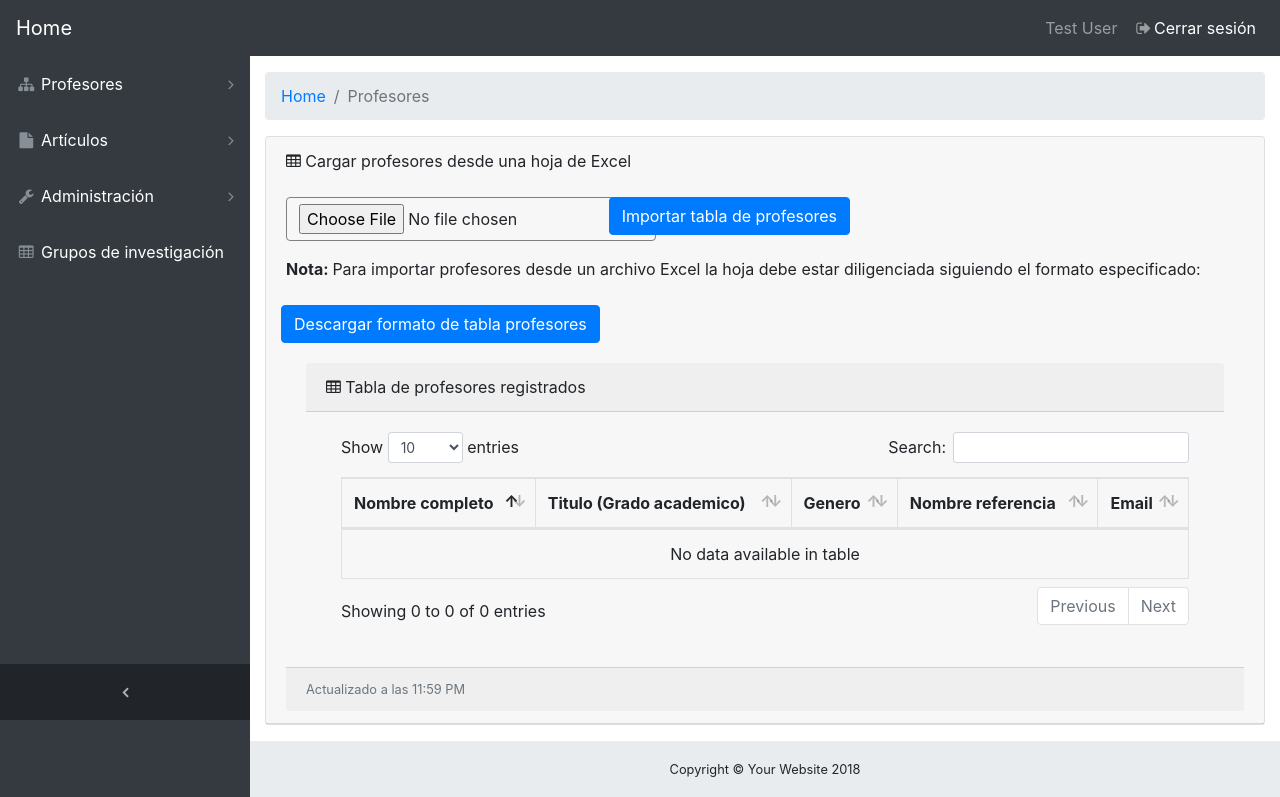
Repository: arnaldosanmartin/RepositorioWeb
Page: http://localhost/startbootstrap-sb-admin-gh-pages/Profesores.php
The author's editor kept a record of every edit. The page is drawn from the files as they stood at one moment, then again after the next edit.
The browser window is 1280 px wide. The pictures show the whole page.
The page is run by PHP 8.4 with error messages shown; the project is at /var/www/html/. The session is filled in as if someone had signed in: {"user_id": 1, "user_name": "Test User", "user_rol": "admin"}. Other server files are loaded and not shown. Queries for data that is not in the repository find no rows.

Above is the page before.

### startbootstrap-sb-admin-gh-pages/Profesores.php
<?php
  session_start();
  if(isset($_SESSION["user_id"])==false){
    header('Location: login.php');
  }

  $host= "127.0.0.1";
  $user= "azarot";
  $pass= "";
  $db= "mydb";
  $port= 3306;
  $connection= mysqli_connect($host, $user, $pass, $db, $port)or die(mysql_error());

  $tbody = "";
  $theadScopus = "<th>Documento</th><th>Nombre completo</th><th>Titulo (Grado academico)</th><th>Nacionalidad</th>
  <th>Tipo de documento</th><th>Genero</th><th>Estado civil</th><th>Nombre referencia</th><th>Email</th>";
  $tableScopus = "<table id='tbScopus' class='table'><thead><tr>".$theadScopus."</tr></thead><tbody>".$tbody."</tbody></table>";


?>

<!DOCTYPE html>
<html lang="en">

<head>
  <meta charset="utf-8">
  <meta http-equiv="X-UA-Compatible" content="IE=edge">
  <meta name="viewport" content="width=device-width, initial-scale=1, shrink-to-fit=no">
  <meta name="description" content="Tablas de los grupos">
  <meta name="author" content="Aza">
  <title>Profesores</title>
  <!-- Bootstrap core CSS-->
  <link href="vendor/bootstrap/css/bootstrap.min.css" rel="stylesheet">
  <!-- Custom fonts for this template-->
  <link href="vendor/font-awesome/css/font-awesome.min.css" rel="stylesheet" type="text/css">
  <!-- Page level plugin CSS-->
  <link href="vendor/datatables/dataTables.bootstrap4.css" rel="stylesheet">
  <!-- Custom styles for this template-->
  <link href="css/sb-admin.css" rel="stylesheet">
  <meta name="google-signin-scope" content="profile email">
  <meta name="google-signin-client_id" content="853788532639-kml0n403m7uunopq9v5mqt7lc89nq5to.apps.googleusercontent.com">
  <style type="text/css">
        .dataTables_wrapper{
            width: 100%;
        }
  </style>
</head>

<body class="fixed-nav sticky-footer bg-dark" id="page-top">

  <!-- Navigation-->
  <nav class="navbar navbar-expand-lg navbar-dark bg-dark fixed-top" id="mainNav">
    <a class="navbar-brand" href="Home.php">Home</a>
    <button class="navbar-toggler navbar-toggler-right" type="button" data-toggle="collapse" data-target="#navbarResponsive" aria-controls="navbarResponsive" aria-expanded="false" aria-label="Toggle navigation">
      <span class="navbar-toggler-icon"></span>
    </button>
    <div class="collapse navbar-collapse" id="navbarResponsive">
      <ul class="navbar-nav navbar-sidenav" id="exampleAccordion">
        <li class="nav-item" data-toggle="tooltip" data-placement="right" title="Menu Levels">
          <a class="nav-link nav-link-collapse collapsed" data-toggle="collapse" href="#collapseMulti" data-parent="#exampleAccordion">
            <i class="fa fa-fw fa-sitemap"></i>
            <span class="nav-link-text"><font color="white">Profesores</font></span>
          </a>
          <ul class="sidenav-second-level collapse" id="collapseMulti">
            <li>
              <a href="Perfil.php"><font color="white">Mi perfil</font></a>
            </li>
            <li>
              <a href="tablesMisGroup.php"><font color="white">Mis grupos</font></a>
            </li>
          </ul>
        </li>
        <li class="nav-item" data-toggle="tooltip" data-placement="right" title="Example Pages">
          <a class="nav-link nav-link-collapse collapsed" data-toggle="collapse" href="#collapseExamplePages" data-parent="#exampleAccordion">
            <i class="fa fa-fw fa-file"></i>
            <span class="nav-link-text"><font color="white">Art&iacute;culos</font></span>
          </a>
          <ul class="sidenav-second-level collapse" id="collapseExamplePages">
            <li>
              <a href="BusquedaArt.php"><font color="white">Buscar art&iacute;culos</font></a>
            </li>
            <li>
              <a href="tablesArtic.php"><font color="white">Mis art&iacute;culos</font></a>
            </li>
            <li>
              <a href="registerArticulo.php"><font color="white">Registrar art&iacute;culos</font></a>
            </li>
          </ul>
        </li>

        <li class="nav-item" data-toggle="tooltip" data-placement="right" title="Link">
          <a class="nav-link nav-link-collapse collapsed" data-toggle="collapse" href="#collapseExamplePages2" data-parent="#exampleAccordion">
            <i class="fa fa-fw fa-wrench"></i>
            <span class="nav-link-text"><font color="white">Administraci&oacute;n</font></span>
          </a>
          <ul class="sidenav-second-level collapse" id="collapseExamplePages2">
            <?php
              if($_SESSION["user_rol"]==1){
                echo "<li>
                        <a href='RelGrupo.php'><font color='white'>Relacionar con grupos</font></a>
                      </li>
                      <li>
                        <a href='RelDept.php'><font color='white'>Relacionar con departamentos</font></a>
                      </li>
                      <li>
                        <a href='Profesores.php'><font color='white'>Registrar profesores</font></a>
                      </li>
                      <li>
                        <a href='Revistas.php'><font color='white'>Administrar revistas</font></a>
                      </li>";
              }
            ?>
            <li>
              <a href="Consulta.php"><font color="white">Consultas</font></a>
            </li>
          </ul>
        </li>
        <li class="nav-item" data-toggle="tooltip" data-placement="right" title="Charts">
          <a class="nav-link" href="tablesGroup.php">
            <i class="fa fa-fw fa-table"></i>
            <span class="nav-link-text"><font color="white">Grupos de investigaci&oacute;n</font></span>
          </a>
        </li>
      </ul>
      <ul class="navbar-nav sidenav-toggler">
        <li class="nav-item">
          <a class="nav-link text-center" id="sidenavToggler">
            <i class="fa fa-fw fa-angle-left"></i>
          </a>
        </li>
      </ul>
      <ul class="navbar-nav ml-auto">
        <li class="nav-item">
          <a class="nav-link" href="Perfil.php">
            <?php echo $_SESSION["user_name"]; ?></a>
        </li>
        <li class="nav-item">
          <a class="nav-link" data-toggle="modal" data-target="#exampleModal">
            <i class="fa fa-fw fa-sign-out"></i><font color="white">Cerrar sesi&oacute;n</font></a>
        </li>
      </ul>
    </div>
  </nav>
  <div class="content-wrapper">
    <div class="container-fluid">
      <!-- Breadcrumbs-->
      <ol class="breadcrumb">
        <li class="breadcrumb-item">
          <a href="Home.php">Home</a>
        </li>
        <li class="breadcrumb-item active">Profesores</li>
      </ol>
      <!-- Example DataTables Card-->
      <div class="card mb-3">
        <div class="card-header">
            <form method="post" action="">
              <i class="fa fa-table"></i> Cargar profesores desde una hoja de Excel <br></br>
            </form>
            <form action="LeerProfesores.php" method="post" enctype="multipart/form-data">
              <div class="form-group">
               <div class="form-row">
                <div class="col-md-4" >
                 <input type="file" class="btn" style="border-width: 1px; border-color:  grey;" name="file" id="file">
                </div>
                <div class="col-md-7" >
                  <input type="submit" class="btn btn-primary" value="Importar tabla de profesores" name="submit">
                  <div class="form-row">
                </div>
                </div>
              </div>
            </div>
          </form>
          <strong>Nota: </strong> Para importar profesores desde un archivo Excel la hoja debe estar diligenciada siguiendo el formato especificado: <br></br>
          <div class="form-row" >
            <button onclick="doitScopus('xlsx');" class="btn btn-primary pull-left">Descargar formato de tabla profesores</button> &nbsp;
          </div>

        <div class="card-body">
          <div class="table-responsive">

            <div class="card-header">
              <i class="fa fa-table"></i> Tabla de profesores registrados </div>
            <div class="card-body">
              <div class="table-responsive">
                <table class="table table-bordered" id="dataTable" width="100%" cellspacing="0">
                  <thead>
                    <tr>
                      <th>Nombre completo</th>
                      <th>Titulo (Grado academico)</th>
                      <th>Genero</th>
                      <th>Nombre referencia</th>
                      <th>Email</th>
                    </tr>
                  </thead>
                  <tbody>
                    <?php
                        $query= "SELECT nombreCompleto, titulo, genero, nombreReferencia, email FROM Profesor";
                        $result= mysqli_query($connection, $query);
                        while ($row= mysqli_fetch_assoc($result)) {
                            echo "<tr><td>" . $row['nombreCompleto'] . "</td><td>" . $row['titulo']."</td>
                           <td>" . $row['genero'] . "</td> <td>" . $row['nombreReferencia'] . "</td><td>" . $row['email']."</td>
                           </tr>" ;
                          }
                       //$connection->close();
                    ?>

                  </tbody>
                </table>
              </div>
            </div>
           <div hidden>
            <?php echo $tableScopus;?>
           </div>
          </div>
        </div>
        <div class="card-footer small text-muted">Actualizado a las 11:59 PM</div>
      </div>
    </div>
    <!-- /.container-fluid-->
    <!-- /.content-wrapper-->
    <footer class="sticky-footer">
      <div class="container">
        <div class="text-center">
          <small>Copyright © Your Website 2018</small>
        </div>
      </div>
    </footer>
    <!-- Scroll to Top Button-->
    <a class="scroll-to-top rounded" href="#page-top">
      <i class="fa fa-angle-up"></i>
    </a>
    <!-- Logout Modal-->
    <div class="modal fade" id="exampleModal" tabindex="-1" role="dialog" aria-labelledby="exampleModalLabel" aria-hidden="true">
      <div class="modal-dialog" role="document">
        <div class="modal-content">
          <div class="modal-header">
            <h5 class="modal-title" id="exampleModalLabel">¿Seguro de cerrar sesión?</h5>
            <button class="close" type="button" data-dismiss="modal" aria-label="Close">
              <span aria-hidden="true">×</span>
            </button>
          </div>
          <div class="modal-body">Presione "Salir", si esta seguro de cerrar sesión.</div>
          <div class="modal-footer">
            <button class="btn btn-secondary" type="button" data-dismiss="modal">Cancelar</button>
            <a onclick="signOut();" class="btn btn-primary" href="#">Salir</a>
          </div>
        </div>
      </div>
    </div>
    <!-- Bootstrap core JavaScript-->
    <script src="vendor/jquery/jquery.min.js"></script>
    <script src="vendor/bootstrap/js/bootstrap.bundle.min.js"></script>
    <!-- Core plugin JavaScript-->
    <script src="vendor/jquery-easing/jquery.easing.min.js"></script>
    <!-- Page level plugin JavaScript-->
    <script src="vendor/datatables/jquery.dataTables.js"></script>
    <script src="vendor/datatables/dataTables.bootstrap4.js"></script>
    <script type="text/javascript" src="//unpkg.com/xlsx/dist/shim.min.js"></script>
    <script type="text/javascript" src="//unpkg.com/xlsx/dist/xlsx.full.min.js"></script>
    <script type="text/javascript" src="//unpkg.com/blob.js@1.0.1/Blob.js"></script>
    <script type="text/javascript" src="//unpkg.com/file-saver@1.3.3/FileSaver.js"></script>
    <!-- Custom scripts for all pages-->
    <script src="js/sb-admin.min.js"></script>
    <!-- Custom scripts for this page-->
    <script src="js/sb-admin-datatables.min.js"></script>
    <script src="https://apis.google.com/js/platform.js?onload=onLoad" async defer></script>
    <script>
      function doitScopus(type, fn, dl) {

	        var elt = document.getElementById('tbScopus');
	        var wb = XLSX.utils.table_to_book(elt, {sheet:"Profesores"});
	        return dl ? XLSX.write(wb, {bookType:type, bookSST:true, type: 'base64'}) : XLSX.writeFile(wb, fn || ('Formato_Profesores.' + (type || 'xlsx')));
        }



      function onLoad() {
        gapi.load('auth2', function() {
          gapi.auth2.init();
          /*if (gapi.auth2.getAuthInstance().isSignedIn.get()) {
            var profile = gapi.auth2.getAuthInstance().currentUser.get().getBasicProfile();
            console.log('ID: ' + profile.getId());
            console.log('Full Name: ' + profile.getName());
            console.log('Given Name: ' + profile.getGivenName());
          }*/
          //updateSigninStatus(gapi.auth2.getAuthInstance().isSignedIn.get());
        });
      }

      /*function updateSigninStatus(isSignedIn) {
        if (isSignedIn) {
          console.log("OK");
        } else {
          console.log("OK NOT");
        }
      }*/

      function signOut() {
        var auth2 = gapi.auth2.getAuthInstance();
        auth2.signOut().then(function () {
          window.location.href = "login.php";
        });
      }
    </script>
  </div>
</body>

</html>

Loaded but not shown: startbootstrap-sb-admin-gh-pages/js/sb-admin.min.js (common file); startbootstrap-sb-admin-gh-pages/js/sb-admin-datatables.min.js (common file); startbootstrap-sb-admin-gh-pages/css/sb-admin.css (482 lines, source omitted)

After the next edit:
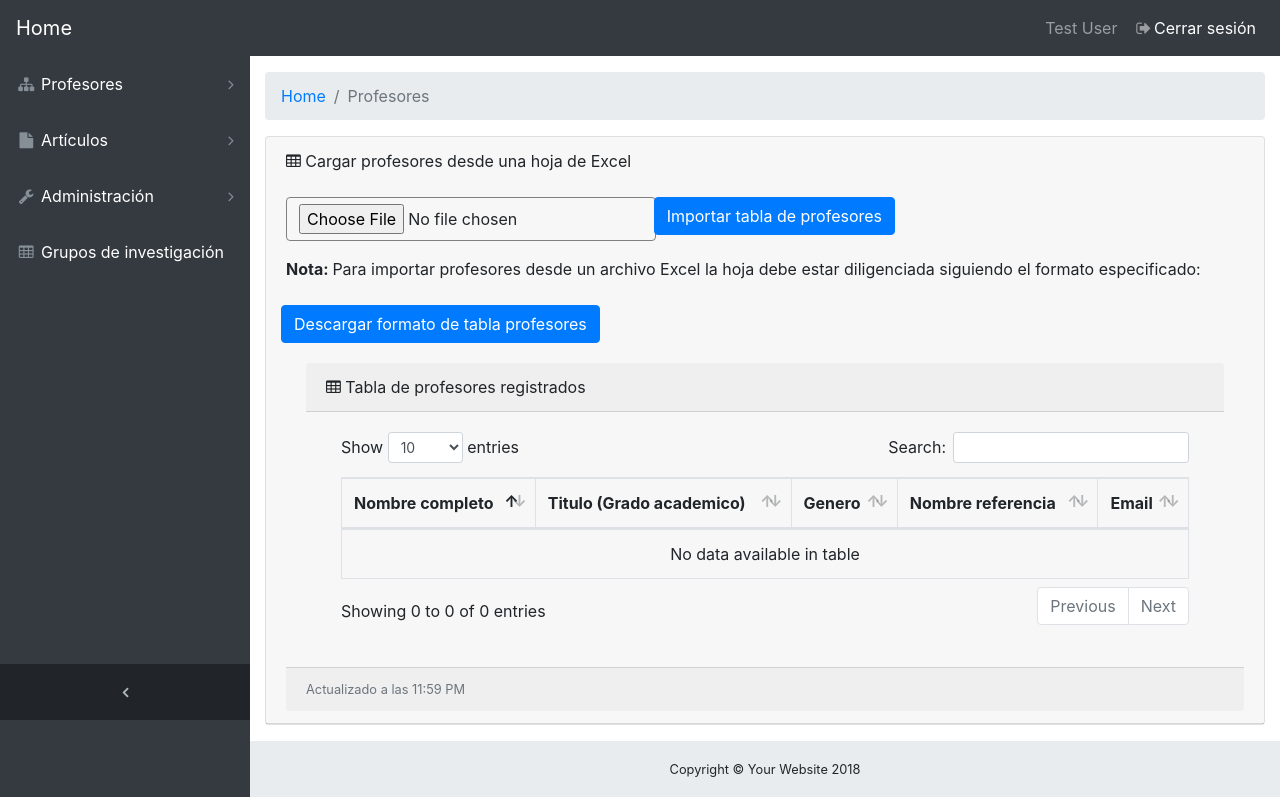
The edit:
--- a/startbootstrap-sb-admin-gh-pages/Profesores.php
+++ b/startbootstrap-sb-admin-gh-pages/Profesores.php
@@ -161,7 +161,7 @@
                <div class="form-row">
                 <div class="col-md-4" >
                  <input type="file" class="btn" style="border-width: 1px; border-color:  grey;" name="file" id="file">
-                </div>
+                </div>&nbsp;&nbsp;&nbsp;&nbsp;&nbsp;&nbsp;&nbsp;&nbsp;&nbsp;&nbsp;
                 <div class="col-md-7" >
                   <input type="submit" class="btn btn-primary" value="Importar tabla de profesores" name="submit">
                   <div class="form-row">
